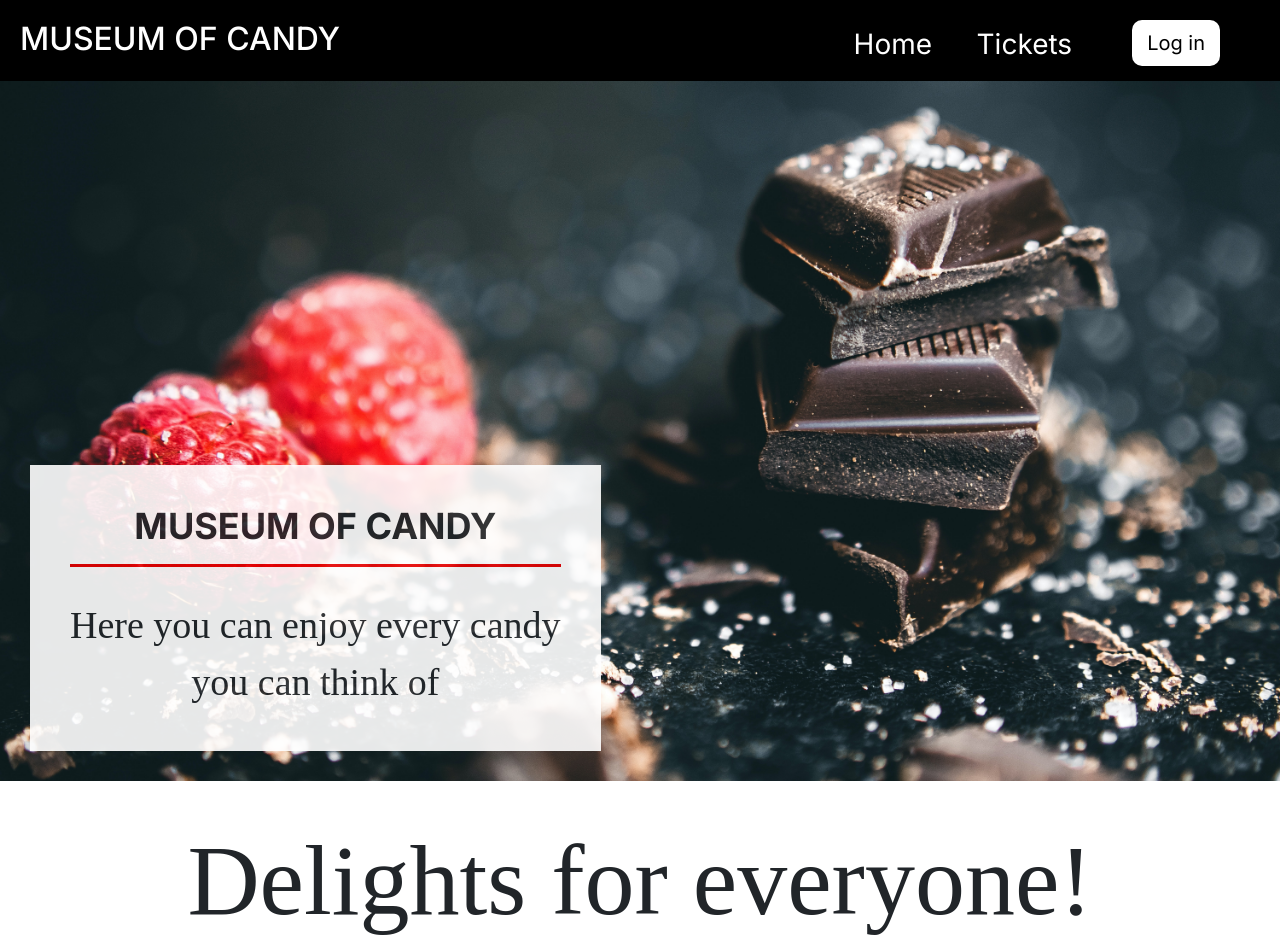
Repository: m-koparanova/MuseumOfCandy
Page: index.html
An editor plug-in stored every save of this project. The page is shown before and after the next save, followed by the edit.
The browser window is 1280 px wide. The pictures show the part of the page from y = 0 to 952 px (the page is 2840 px tall before and 2793 px after).
A picture or video elsewhere on the page could not be fetched, so the positions and the page height are approximate. Some web fonts or font styles are not loaded; a fallback is used.

Above is the page before, as saved 2023-03-06 01:31:38.

### index.html
<!DOCTYPE html>
<html lang="en">
<head>
    <meta charset="UTF-8">
    <meta http-equiv="X-UA-Compatible" content="IE=edge">
    <meta name="viewport" content="width=device-width, initial-scale=1.0">
    <title>MUSEUM OF CANDY</title>
    <link rel="stylesheet" href="https://cdn.jsdelivr.net/npm/bootstrap@4.6.2/dist/css/bootstrap.min.css" integrity="sha384-xOolHFLEh07PJGoPkLv1IbcEPTNtaed2xpHsD9ESMhqIYd0nLMwNLD69Npy4HI+N" crossorigin="anonymous">

    <link rel="stylesheet" href="style.css">

</head>
<body>
    <nav class="nav-bar">
        <h2 class="logo">MUSEUM OF CANDY</h2>
        <div class="top-nav">

            <ul>
                <li class="nav"><a href="#">Home</a></li>
                <li class="nav"><a href="#">Tickets</a></li>
            </ul>
            <button class="button">Log in</button>
        </div>

    </nav>

    <tbody>
        <div class="image-container">
            <img src="pics\pexels-lisa-fotios-918327.jpg" alt="" class="image">
            <div class="text-container">
                <h3>MUSEUM OF CANDY</h3>
                <hr>
                <p>Here you can enjoy every candy<br>you can think of</p>
            </div>
        </div>

        <div>
            <h2 class="delights-text" id="delights-text">Delights for everyone!</h2>
        </div>

        <div class="gallery">
            <img src="C:\Users\Magda\Desktop\code\pics\pexels-anna-tukhfatullina-food-photographerstylist-2638026.jpg" alt="" width="280" height="355">
            <img src="C:\Users\Magda\Desktop\code\pics\pexels-photo-1775285.webp" alt="" width="280" height="355">
            <img src="C:\Users\Magda\Desktop\code\pics\resized-cookie.jpg" alt="" width="280" height="355">
        </div>

        <h2 class="buy-tickets">BUY TICKETS FROM HERE</h2>
        <div class="ticket-container">
            <div class="ticket">
                <h2>NORMAL</h2>
                <hr>
                <h2 class="price">9,99EUR</h2>

                <div class="icon">
                    <img src="C:\Users\Magda\Desktop\code\pics\cotton-candy.png" width="150" height="150" alt="">

                </div>

                <div class="ticket-button">
                    <button class="book-now">BOOK NOW</button>
                </div>
            </div>




            <div class="ticket" id="family">
                <h2>FAMILY</h2>
                <hr>
                <h2 class="price">7,99EUR</h2>

                <div class="icon-family">
                    <img src="C:\Users\Magda\Desktop\code\pics\sweets.png" width="200" height="200" alt="">

                </div>

                <div class="ticket-button">
                    <button class="book-now">BOOK NOW</button>
                </div>
            </div>

            <div class="ticket">
                <h2>STUDENT</h2>
                <hr>
                <h2 class="price">8,99EUR</h2>

                <div class="icon">
                    <img src="C:\Users\Magda\Desktop\code\pics\lollipop.png" width="150" height="150" alt="">

                </div>

                <div class="ticket-button">
                    <button class="book-now">BOOK NOW</button>
                </div>


            </div>
        </div>


            <div class="socials">

                <hr>

                <div>
                    <img src="C:\Users\Magda\Desktop\code\pics\twitter.png" alt="" class="twitter">
                    <img src="C:\Users\Magda\Desktop\code\pics\email.png"  alt="">
                    <img src="C:\Users\Magda\Desktop\code\pics\facebook.png" alt="">
                </div>
            </div>





    </tbody>


    <script src="https://cdn.jsdelivr.net/npm/jquery@3.5.1/dist/jquery.slim.min.js" integrity="sha384-DfXdz2htPH0lsSSs5nCTpuj/zy4C+OGpamoFVy38MVBnE+IbbVYUew+OrCXaRkfj" crossorigin="anonymous"></script>
    <script src="https://cdn.jsdelivr.net/npm/bootstrap@4.6.2/dist/js/bootstrap.bundle.min.js" integrity="sha384-Fy6S3B9q64WdZWQUiU+q4/2Lc9npb8tCaSX9FK7E8HnRr0Jz8D6OP9dO5Vg3Q9ct" crossorigin="anonymous"></script>

</body>
</html>

### style.css
@import url('https://fonts.googleapis.com/css2?family=Inter:wght@100;200;300;400;500;600;700;800;900&display=swap');
@import url('https://fonts.googleapis.com/css2?family=Italianno&display=swap');


*{
    margin: 0;
    padding: 0;
}

.nav-bar{
    background: black;
}

.logo {
    font-family: 'Inter', sans-serif, bold;
    color: white;
    position: absolute;
    margin-top: 20px;
    margin-left: 20px;
}

.top-nav{
    display: flex;
    align-items: end;
    justify-content: end;
    padding-top: 20px;
    padding-left: 20px;

}

.top-nav ul li{
    display: inline-block;
    list-style-type: none;
    padding-left: 20px;
    padding-right: 20px;
    font-family: 'Inter', sans-serif;
    font-size: 28px;
}

.top-nav ul li a{
    text-decoration: none;
    color: white;
}

.top-nav ul li a:hover{
    color: rgb(215, 5, 5);
    transition: .3s;
}

.button{
    font-size: 20px;
    border: none;
    background: white;
    border-radius: 10px;
    padding: 8px 15px 8px 15px;
    margin-right: 60px;
    margin-left: 40px;
    margin-bottom: 15px;
    font-family: 'Inter', sans-serif;
    text-align: center;
}

.button:hover{
    background: rgb(215, 5, 5);
    color: white;
}

.image-container {
    position: relative;
    text-align: center;
}

.image{
    object-fit: cover;
    width: 100%;
    height: 700px;
}

.text-container{
    position: absolute;
    bottom: 30px;
    left: 30px;
    background: white;
    opacity: 90%;
    padding: 40px 40px 40px 40px ;
}

.image-container div hr{
    border-width: 3px;
    opacity: 100%;
    background: red;
}
.image-container div h3{
    font-family: "Inter", sans-serif;
    font-size: 36px;
    font-weight: 700;
}

.image-container div p{
    font-family: 'Italianno', cursive;
    font-size: 38px;
    margin-top: 30px;
    margin-bottom: 0px;
}

.delights-text{
    font-family: 'Italianno', cursive;
    text-align: center;
    margin: 40px 0px 40px 0px;
    font-size: 100px;
}

.gallery{
    display: flex;
    justify-content: space-evenly;
}

.gallery img{
    width: 20%;
    margin: calc(20%/6);
}

.buy-tickets{
    background-color: black;
    color: white;
    font-family: 'Inter', sans-serif;
    font-size: 32px;
    padding: 30px 20px 20px 20px;
    text-align: center;
    font-weight: 700;
    margin: 0px;
}

.ticket-container{
    background: black;
    display: flex;
    align-items: center;
    justify-content: space-evenly;
    padding-bottom: 60px;

}

.ticket{
    background: white;
    margin: 20px;
    padding-left: 40px;
    padding-right: 40px;
    padding-bottom: 20px;
    border-radius: 10px;

}

.ticket:hover{
    background-color: rgb(246, 205, 0);
    color: white;
    transition: 0.5s;
}

.ticket h2{
    text-align: center;
    font-family: 'Inter', sans-serif;
    font-weight: 400;
    top: 10px;
    padding: 15px 20px 0px 20px;

}

.ticket hr{
    border-width: 1px;
    opacity: 100%;
    background: black;
}

.price{
    font-family: 'Inter', sans-serif;
    font-weight: 200;
    font-style: normal;
    font-size: 28px;
}

.icon{
    padding: 50px 25px 50px 25px;
}
.ticket-button{
    margin: 0px;
    padding: 0px;
    text-align: center;

}

.book-now{
    border: none;
    background: black;
    color: white;
    border-radius: 5px;
    font-family: 'Inter', sans-serif;
    font-weight: 700;
    padding: 10px 15px 10px 15px;
    font-size: 18px;

}

.book-now:hover{
    background: rgb(255, 255, 255);
    color: rgb(0, 0, 0);
    transition: .3s;
}
.icon-family{
    padding: 50px 15px 40px 15px;

}
.socials{
    display: flex;
    margin-top: 10px;
    background: black;
    justify-content: center;

}

.socials img{
    padding: 25px;
    cursor: pointer;
}

.twitter{
    margin-top: 20px;
}

After the next save:
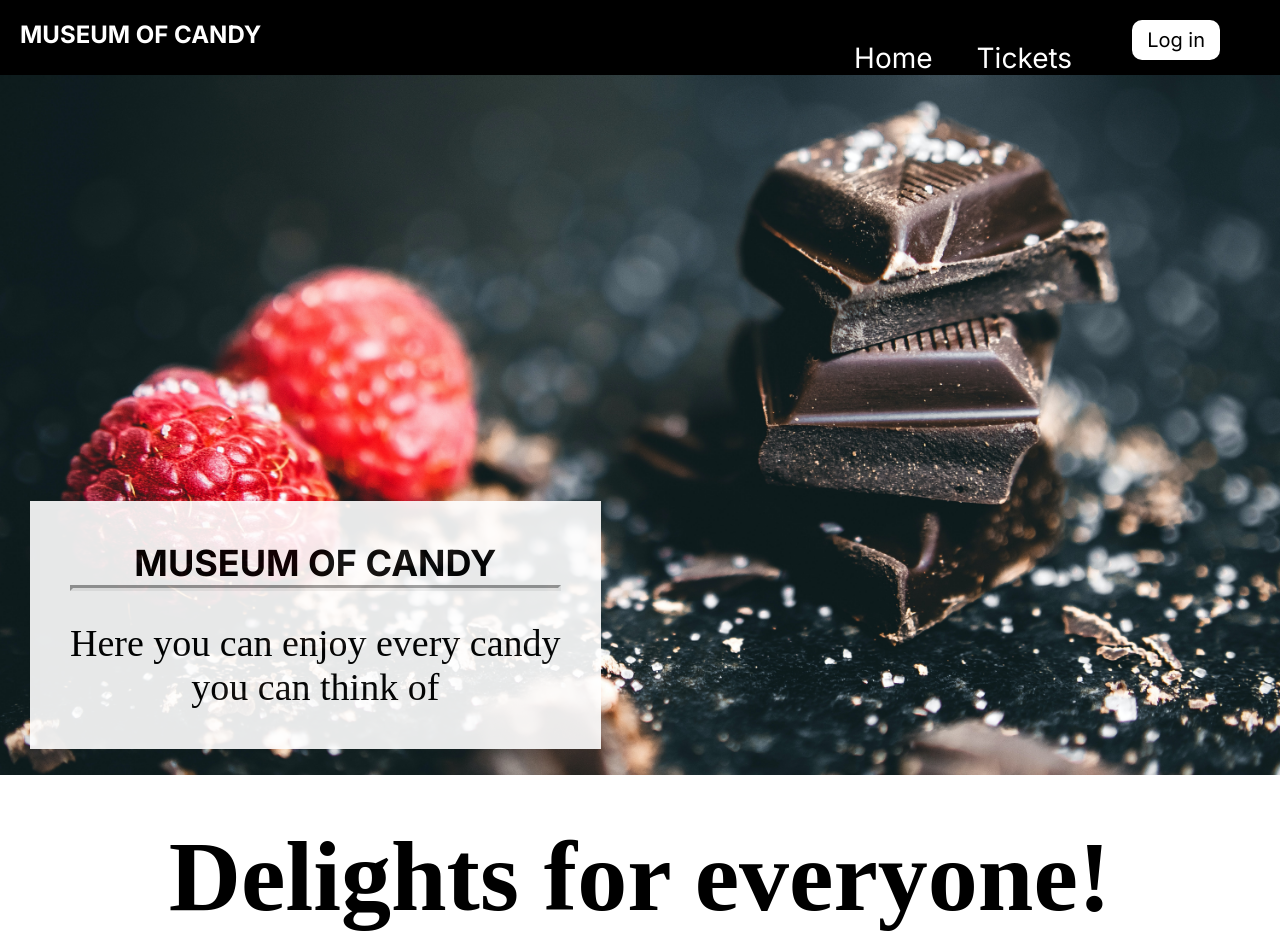
Saved 10 h 13 min later.
--- a/index.html
+++ b/index.html
@@ -5,7 +5,6 @@
     <meta http-equiv="X-UA-Compatible" content="IE=edge">
     <meta name="viewport" content="width=device-width, initial-scale=1.0">
     <title>MUSEUM OF CANDY</title>
-    <link rel="stylesheet" href="https://cdn.jsdelivr.net/npm/bootstrap@4.6.2/dist/css/bootstrap.min.css" integrity="sha384-xOolHFLEh07PJGoPkLv1IbcEPTNtaed2xpHsD9ESMhqIYd0nLMwNLD69Npy4HI+N" crossorigin="anonymous">
 
     <link rel="stylesheet" href="style.css">
 
